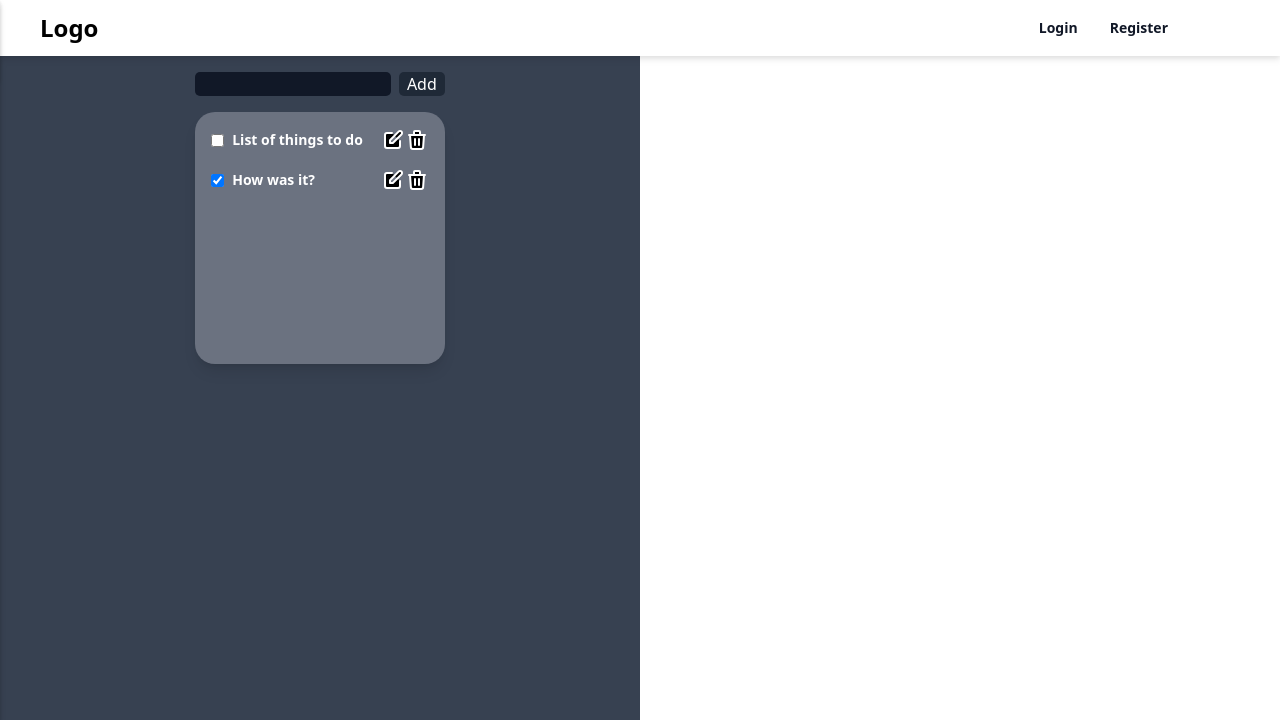
Repository: nation430/loginAuth-Nextjs
Page: /todos/TodoPage
The author's editor kept a copy of each file at every save. The page is drawn from the files as they stood at one save, then again after the next save.
The browser window is 1280 px wide. The pictures show the whole page.
The project was rebuilt for these pictures with package versions that can differ from the ones it lists, and the page was loaded fresh each time. The framework's server and built-in components were replaced by stand-ins that run in the browser. Also part of the build but not shown: next.config.js.

Above is the page before, as saved 2022-06-07 10:23:42.

After the next save:
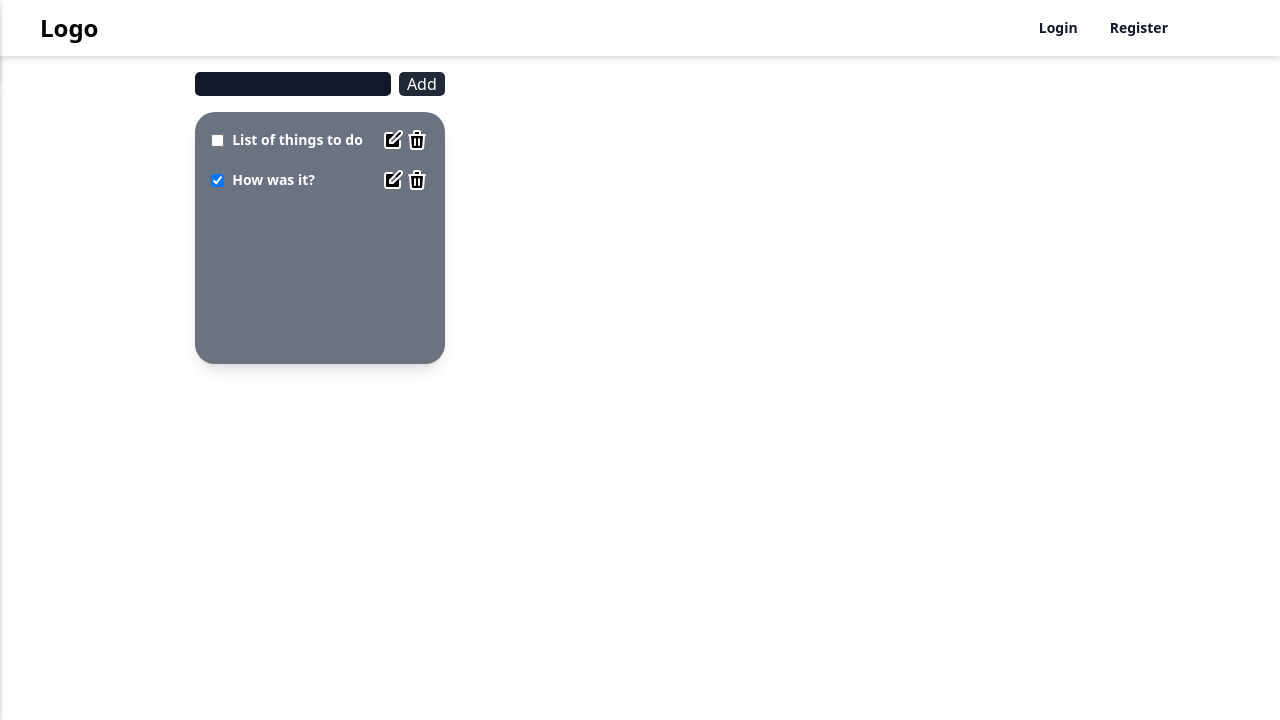
Saved 9 s later.
--- a/pages/todos/TodoPage.js
+++ b/pages/todos/TodoPage.js
@@ -29,7 +29,7 @@ const TodoPage = (props) => {
     setValue("");
   };
   return (
-    <div className="w-[50%] h-[100vh] bg-gray-700 flex flex-col text-white p-2 items-center space-y-4">
+    <div className="w-[50%] h-[100vh] flex flex-col text-white p-2 items-center space-y-4">
       <h1 className="uppercase pt-6 font-bold">List Items</h1>
       <form onSubmit={addTodo} className="w-[40%] space-x-2 flex">
         <input
